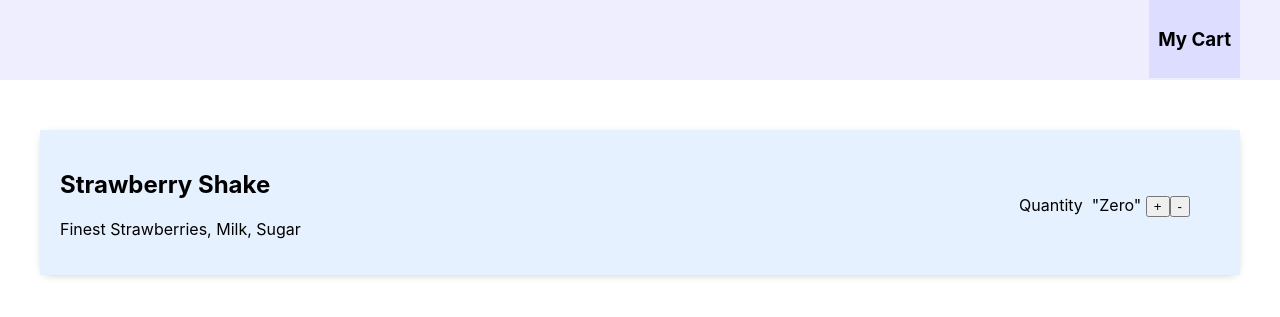
Repository: suhail-yazdan/shopping-cart-react
Page: /
An editor plug-in stored every save of this project. The page is shown before and after the next save, followed by the edit.
The browser window is 1280 px wide. The pictures show the whole page.
The project was rebuilt for these pictures with package versions that can differ from the ones it lists, and the page was loaded fresh each time.

Above is the page before, as saved 2023-10-04 16:26:22.

### src/App.js
import './App.css';
import Card from "./Card.jsx";
import Cart from "./Cart.jsx";

function App() {
  // const [products, setProducts] = useState([
  //   {
  //     pid: 1,
  //     name: "Strawberry Shake",
  //     desc: "Finest Strawberries, Milk, Sugar",
  //     price: 149,
  //     quantity: 0
  //   },
  //   {
  //     pid: 2,
  //     name: "Chocolate Fantasy",
  //     desc: "Brownie with chocolate sauce topped with Vanilla Ice cream",
  //     price: 249,
  //     quantity: 0
  //   },
  //   {
  //     pid: 3,
  //     name: "Mediterranean Delight",
  //     desc: "Nuts and Dates from the soils of Algeria",
  //     price: 329,
  //     quantity: 0
  //   }
  // ])
  return (
    <div>
      <header>
        <div className="grid1200">
          <Cart/>
        </div>
      </header>

      <main>
        <div className="grid1200">
          <Card/>
        </div>
      </main>
    </div>
  );
}

export default App;

### src/App.css
main {
  padding: 50px 0px;
}

div.grid1200 {
  width: 1200px;
  margin: 0px auto;
}

header {
  height: 80px;
  background-color: #eef;
}

### src/Card.jsx
import React from 'react'
import Counter from './Counter'
import "./cardstyle.css";

const Card = () => {
  return (
    <div className='card selected'>
      <h2> Strawberry Shake </h2>
      <p> Finest Strawberries, Milk, Sugar </p>
      <div className='overlay'>
        <Counter />
      </div>
    </div>
  )
}

export default Card

### src/Cart.jsx
import "./cartstyle.css"

const Cart = () => {
  return (
    <div className="cart">
      <h3> My Cart </h3>
      <div>
        {/* <ul>
            <li>
              0
            </li>
        </ul> */}
      </div>
    </div>
  )
}

export default Cart

### src/Counter.js
import "./counterstyle.css";

export default function Counter() {
    return (
      <div className="counter">
        Quantity &nbsp;
        <span>
          "Zero"
        </span>
        &nbsp;
        <button>
          +
        </button>
        <button>
          -
        </button>
      </div>
    );
}

### src/cardstyle.css
.card {
  padding: 20px;
  margin-bottom: 70px;
  cursor: pointer;
  box-shadow: 0px 2px 10px -5px rgba(0, 0, 0, 0.4);
  position: relative;
}

.selected {
  background-color: rgba(220, 235, 255, 0.7);
}

.deselected {
  background-color: white;
}

.overlay {
  width: 100%;
  height: 100%;
  position: absolute;
  z-index: 20;
  top: 0px;
  left: 0px;
}

.show {
  display: block;
}

.hide {
  display: none;
}

### src/cartstyle.css
div.cart {
  padding: 9px;
  background-color: #ddf;
  float: right;
  position: relative;
  cursor: pointer;
}

div.popup {
  position: absolute;
  z-index: 200;
  width: 200px;
  height: 150px;
  padding: 15px 20px;
  background-color: #ccd;
  top: 80px;
  right: 0px;
}

.menu-on {
  display: block;
}

.menu-off {
  display: none;
}

.cart ul {
  margin: 0px;
  padding: 0px;
  list-style-type: none;
}

.cart ul li {
  line-height: 40px;
}

### src/counterstyle.css
.counter {
    float: right;
    margin-top: 65px;
    margin-right: 50px;
  }

  .badge {
    padding: 2px 8px;
    border-radius: 6px;
    background-color: #222;
    font-weight: bold;
  }

  .badge-primary {
    background-color: #36b;
    color: white;
  }

  .badge-secondary {
    background-color: #666;
    color: white;
  }

  .badge-warning {
    background-color: #db0;
    color: black;
  }

  .btn {
    padding: 4px 8px;
    border-radius: 3px;
    cursor: pointer;
    background-color: #222;
    color: white;
    border: none;
    margin-left: 3px;
  }

  .btn-secondary {
    background-color: #666;
  }

  .btn-danger {
    background-color: #d33;
  }

Loaded but not shown: public/index.html (common file); src/index.js (common file); src/index.css (common file); src/reportWebVitals.js (common file)

After the next save:
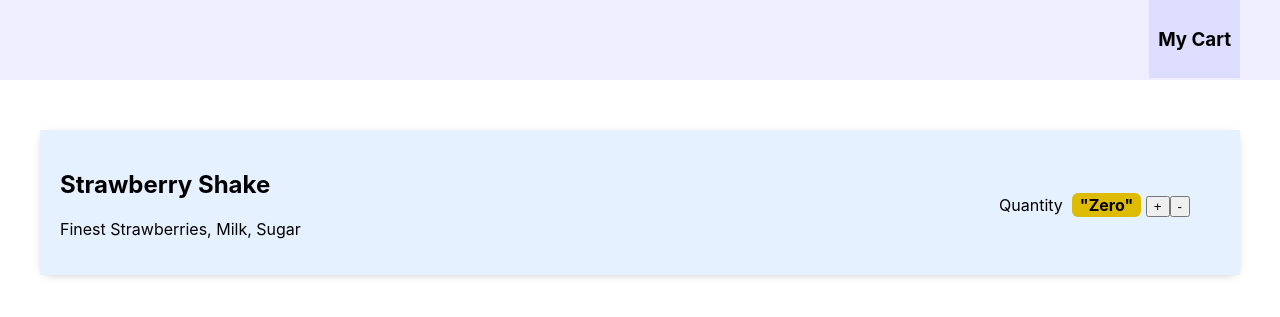
Saved 34 s later.
--- a/src/Counter.js
+++ b/src/Counter.js
@@ -4,7 +4,7 @@ export default function Counter() {
     return (
       <div className="counter">
         Quantity &nbsp;
-        <span>
+        <span className="badge badge-warning">
           "Zero"
         </span>
         &nbsp;
